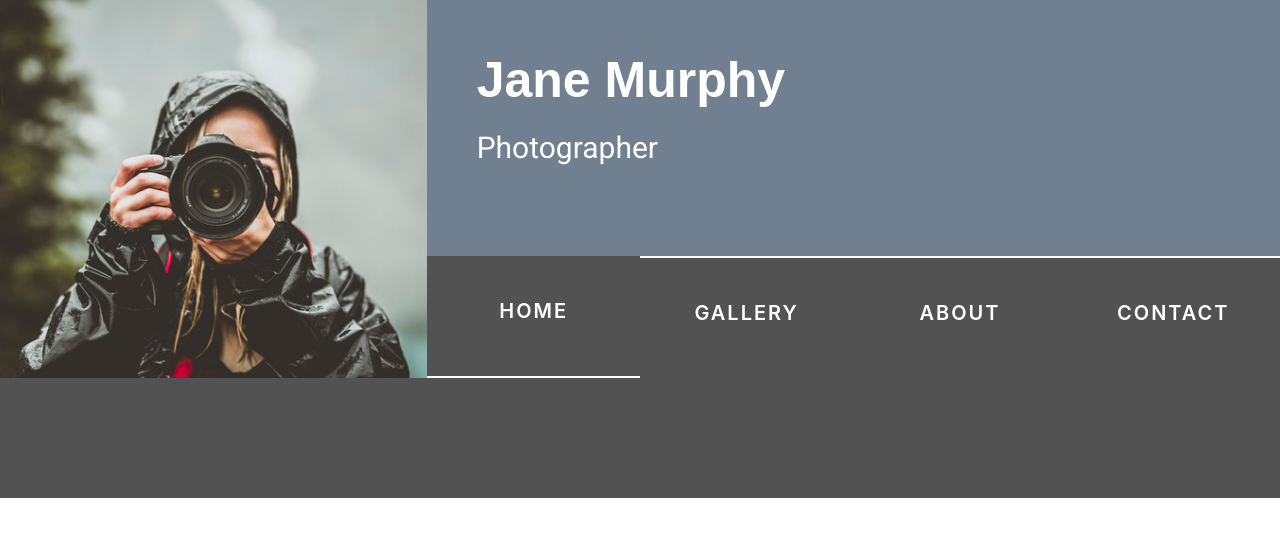
Repository: Code-Institute-Submissions/MrChrisRandall-milestone-1
Page: index.html
The author's editor kept a record of every edit. The page is drawn from the files as they stood at one moment, then again after the next edit.
The browser window is 1280 px wide. The pictures show the whole page.

Above is the page before.

After the next edit:
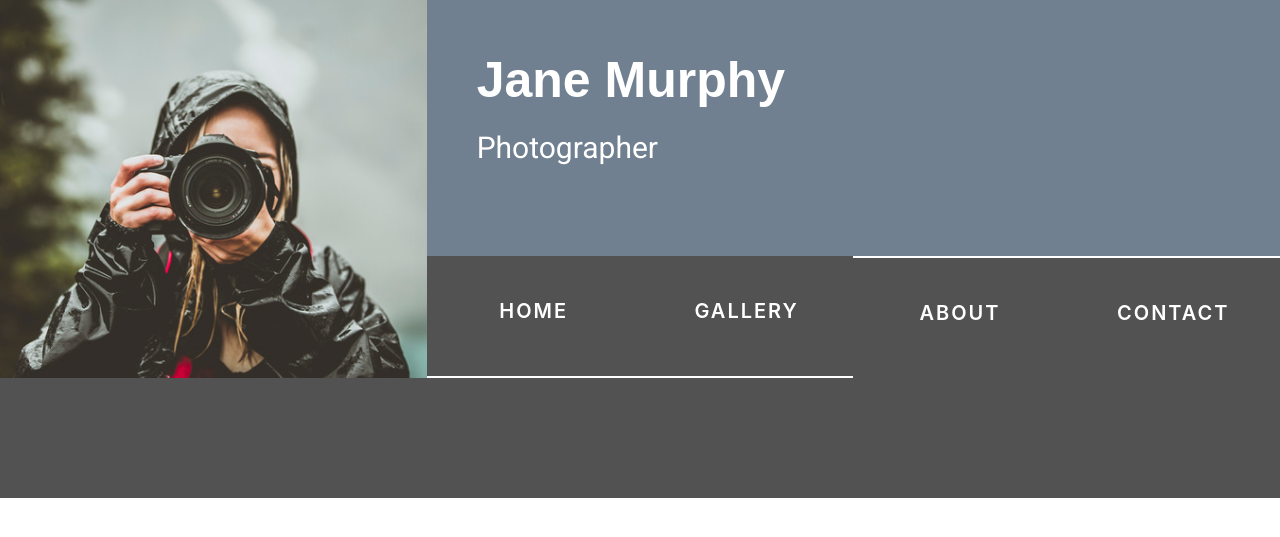
The edit:
--- a/index.html
+++ b/index.html
@@ -32,7 +32,7 @@
                                 <a href="#" class="hvr-sweep-to-bottom"><span>Home</span></a>
                             </li>
                             <li class="col-2 col-sm-3 ui-menu-color-gallery list-inline-item menuitem">
-                                <a href="#"><span>Gallery</span></a>
+                                <a href="#" class="hvr-sweep-to-bottom"><span>Gallery</span></a>
                             </li>
                             <li class="col-2 col-sm-3 ui-menu-color-about list-inline-item menuitem">
                                 <a href="#"><span>About</span></a>
